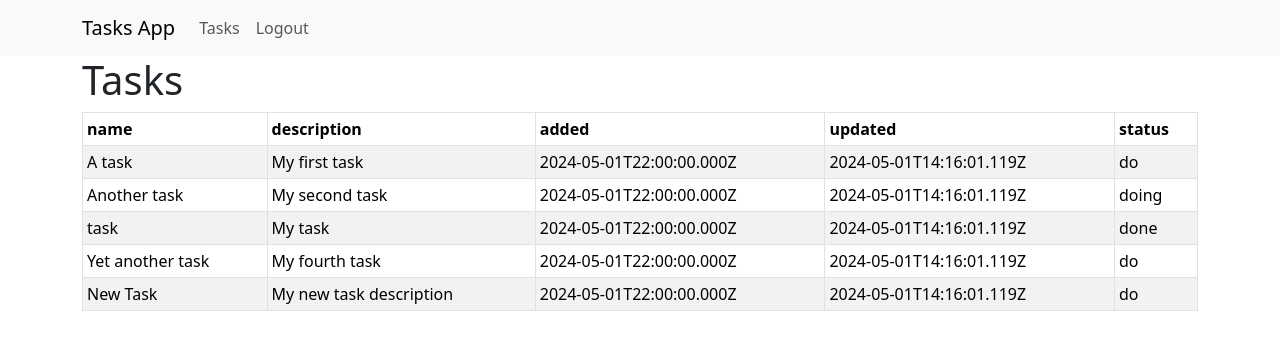
Repository: trider/react-task-app
Page: /tasks
An editor plug-in stored every save of this project. The page is shown before and after the next save, followed by the edit.
The browser window is 1280 px wide. The pictures show the whole page.
The project was rebuilt for these pictures with package versions that can differ from the ones it lists, and the page was loaded fresh each time. Also part of the build but not shown: src/pages/Login.js.

Above is the page before, as saved 2024-05-02 17:57:50.

After the next save:
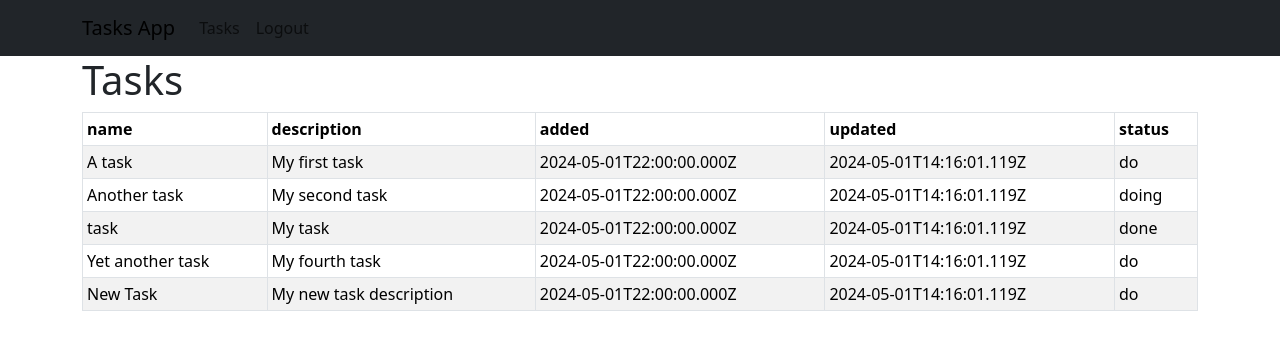
Saved 4 s later.
--- a/src/pages/Task.js
+++ b/src/pages/Task.js
@@ -106,7 +106,7 @@ const TaskTable = () => {
 
 const NavbarComponent = () => {
   return (
-    <Navbar bg="light" expand="lg">
+    <Navbar bg="dark" expand="lg">
       <Container>
         <Navbar.Brand href="#home">Tasks App</Navbar.Brand>
         <Navbar.Toggle aria-controls="basic-navbar-nav" />
